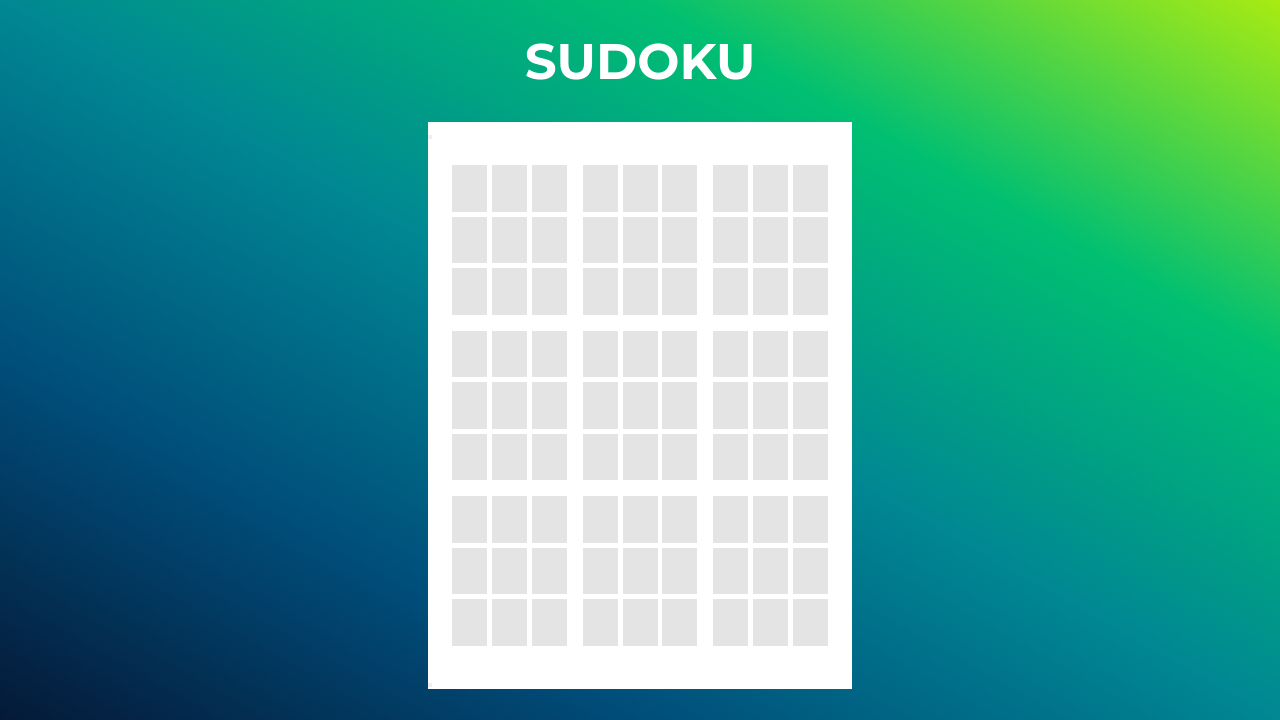
Repository: pattypetrikova/sudoku
Page: index.html
An editor plug-in stored every save of this project. The page is shown before and after the next save, followed by the edit.
The browser window is 1280 px wide. The pictures show the whole page.
Some web fonts or font styles are not loaded; a fallback is used.

Above is the page before, as saved 2022-12-30 12:01:07.

After the next save:
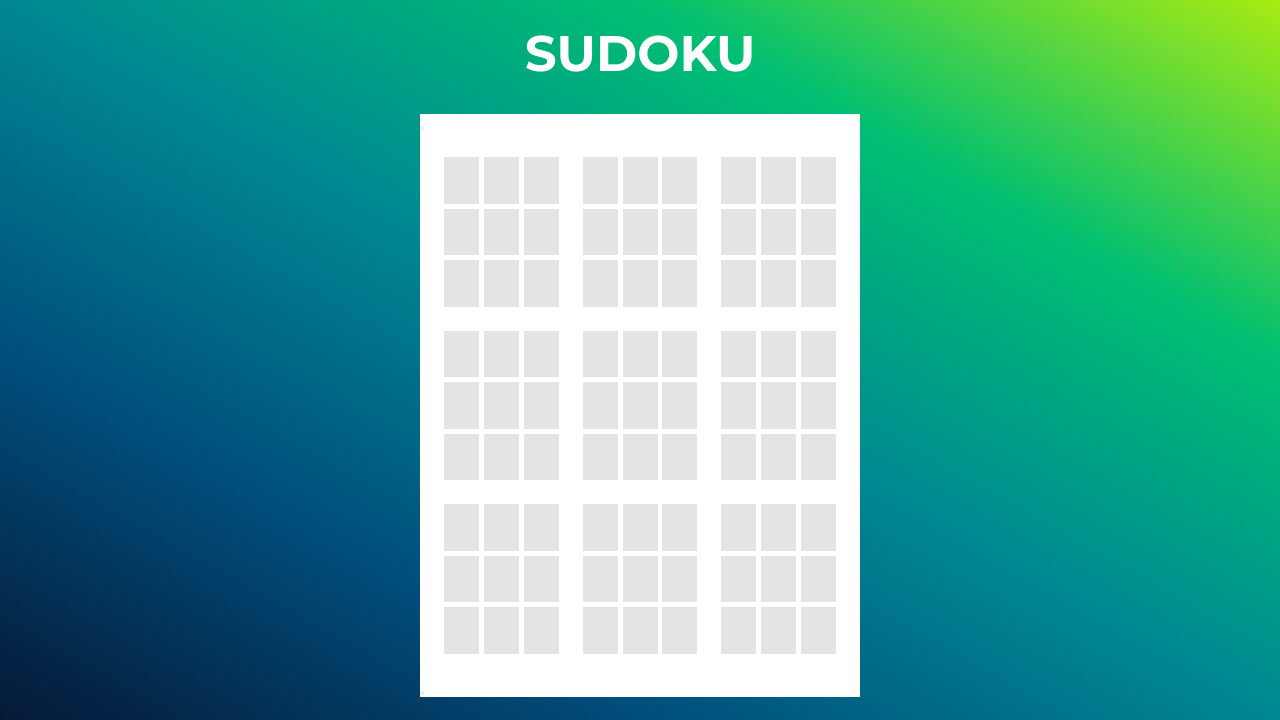
Saved 28 s later.
--- a/assets/style.css
+++ b/assets/style.css
@@ -42,7 +42,7 @@
     display: grid;
     padding: 1.5em;
     grid-template-columns: 1fr 1fr 1fr;
-    gap: 1em;
+    gap: 1.5em;
 }
 
 .board-section {

After the save that followed:
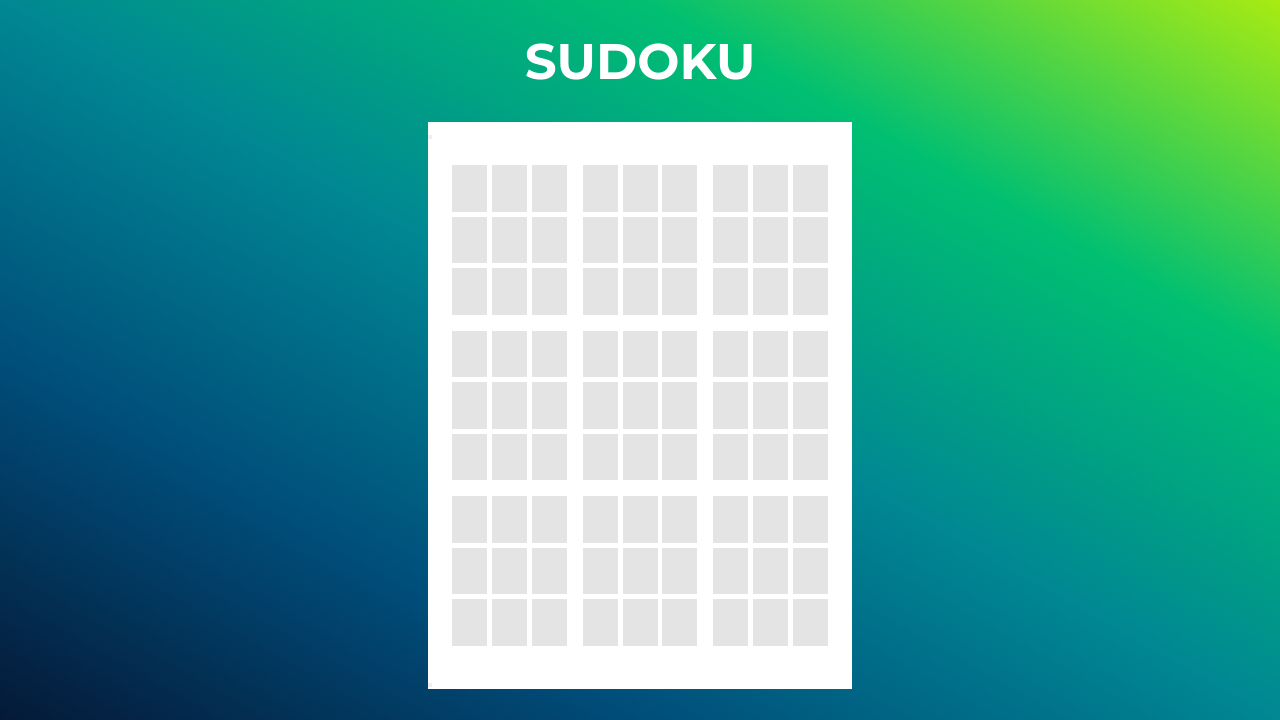
Saved 8 s later.
--- a/assets/style.css
+++ b/assets/style.css
@@ -42,7 +42,7 @@
     display: grid;
     padding: 1.5em;
     grid-template-columns: 1fr 1fr 1fr;
-    gap: 1.5em;
+    gap: 1em;
 }
 
 .board-section {
